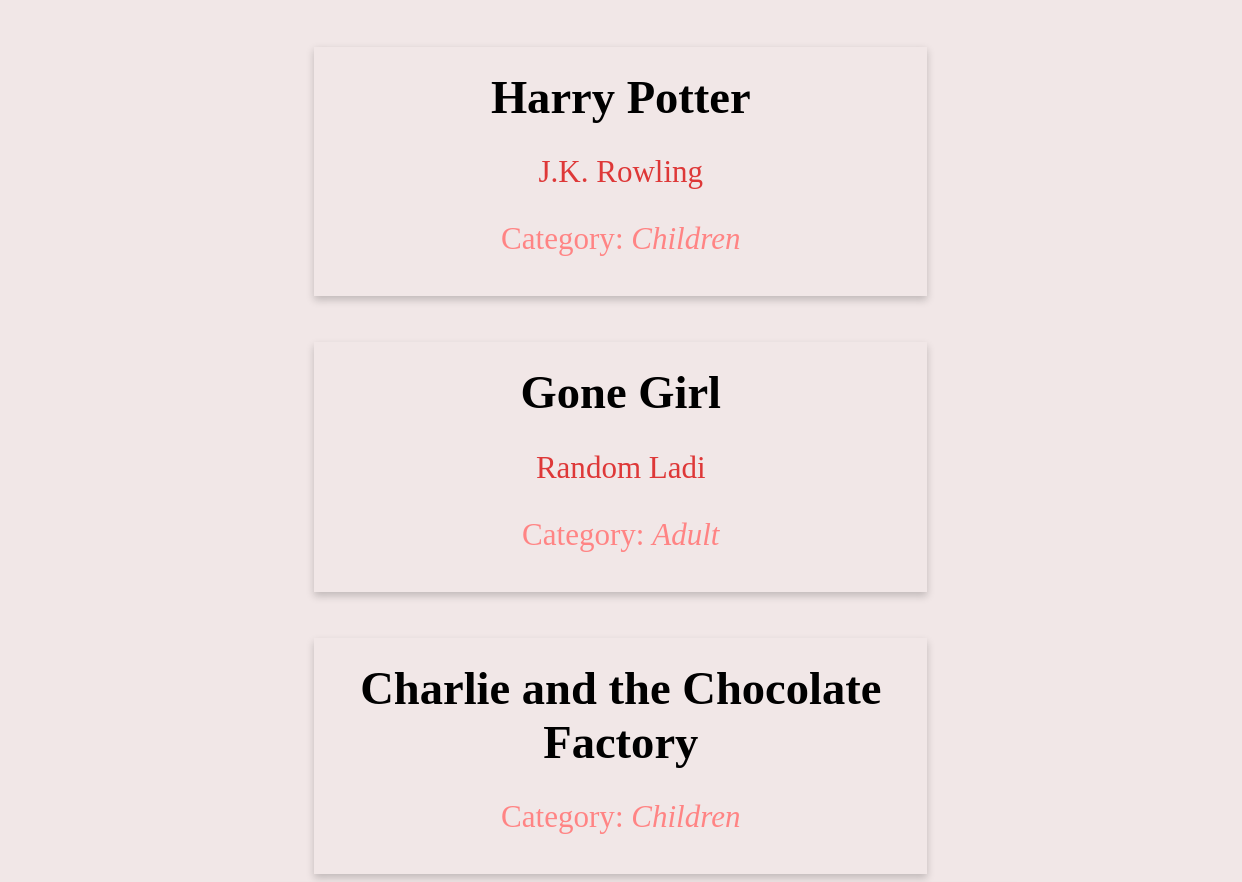
Repository: cyborgEneki/archangel-code-challenge
Page: index.html
These files come from the project's save history. The page is drawn as it stood at one moment and after the next save; the edit follows.
The browser window is 1280 px wide. The pictures show the whole page, at 97% of full size.
The style sheet was rebuilt from its Sass, Less or Tailwind sources for each picture, by a compiler version that may differ from the author's.

Above is the page before, as saved 2020-11-05 14:24:00.

### index.html
<!DOCTYPE html>
<html lang="en">

<head>
    <link rel="stylesheet" href="assets/css/styles.css">
</head>

<body>
    <div id="main"></div>
    <script src="bower_components/handlebars/handlebars.min.js"></script>
    <script src="bower_components/jquery/dist/jquery.min.js"></script>
    <script type="text/x-handlebars-template" id="template-script">
            <div class="card">
                <div class="card__container">
                    <div class="card__heading"><b>Harry Potter</b></div>
                    <p class="card__title-text">J.K. Rowling</p>
                    <p class="card__category-text">Category: <i>Children</i></p>
                </div>
            </div>
            <div class="card">
                <div class="card__container">
                    <div class="card__heading"><b>Gone Girl</b></div>
                    <p class="card__title-text">Random Ladi</p>
                    <p class="card__category-text">Category: <i>Adult</i></p>
                </div>
            </div>
            <div class="card">
                <div class="card__container">
                    <div class="card__heading"><b>Charlie and the Chocolate Factory</b></div>
                    <p class="card__title-text"></p>
                    <p class="card__category-text">Category: <i>Children</i></p>
                </div>
            </div>
    </script>
    <script src="assets/js/books.js"></script>
    <script src="assets/js/index.js"></script>
</body>
</html>


<!-- <p class="card__text">{{compareEquality a b real makeBelieve}}!</p> -->
<!-- books -->
<!-- If category is not children, don't show -->

### assets/js/index.js
$(function () {
    Handlebars.registerHelper("compareEquality", function (a, b, real, makeBelieve) {
        if (a == b) {
            return real;
        } else {
            return makeBelieve;
        };
    });
    let template = $('#template-script').html(),
        compiled = Handlebars.compile(template),
        rendered = compiled({
            a: 1,
            b: 1,
            real: 'an oblate spheroid',
            makeBelieve: 'flat'
        });
    $('#main').html(rendered);
});

### scss/styles.scss
$peach: #f1e7e7;

body {
    background-color: $peach;
}

.card {
    box-shadow: 0 4px 8px 0 rgba(0, 0, 0, 0.2);
    transition: 0.3s;
    width: 50%;
    margin: 0 auto;

    &__container {
        padding: 0.5rem 1rem;
        margin-top: 3rem;
    }

    &__heading {
        font-size: 3rem;
        text-align: center;
        margin: 1rem auto;
    }

    &__title-text {
        text-align: center;
        font-size: 2rem;
        color: #de3838;
    }

    &__category-text {
        text-align: center;
        font-size: 2rem;
        color: #ff8484;
    }
}

Loaded but not shown: bower_components/handlebars/handlebars.min.js (library); bower_components/jquery/dist/jquery.min.js (library); assets/js/books.js (no stored copy; drawn as an empty file)

After the next save:
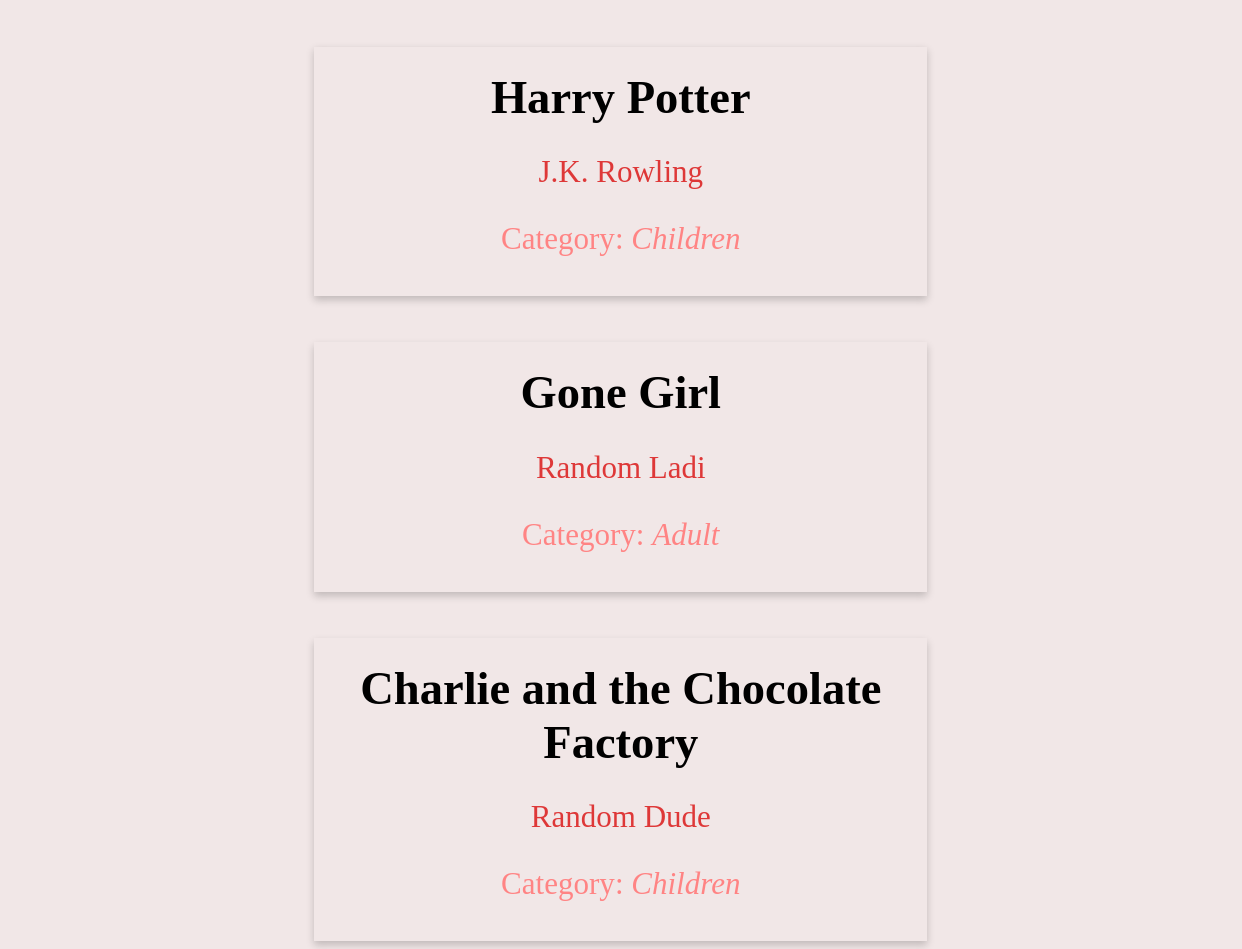
Saved 5 s later.
--- a/index.html
+++ b/index.html
@@ -27,7 +27,7 @@
             <div class="card">
                 <div class="card__container">
                     <div class="card__heading"><b>Charlie and the Chocolate Factory</b></div>
-                    <p class="card__title-text"></p>
+                    <p class="card__title-text">Random Dude</p>
                     <p class="card__category-text">Category: <i>Children</i></p>
                 </div>
             </div>
